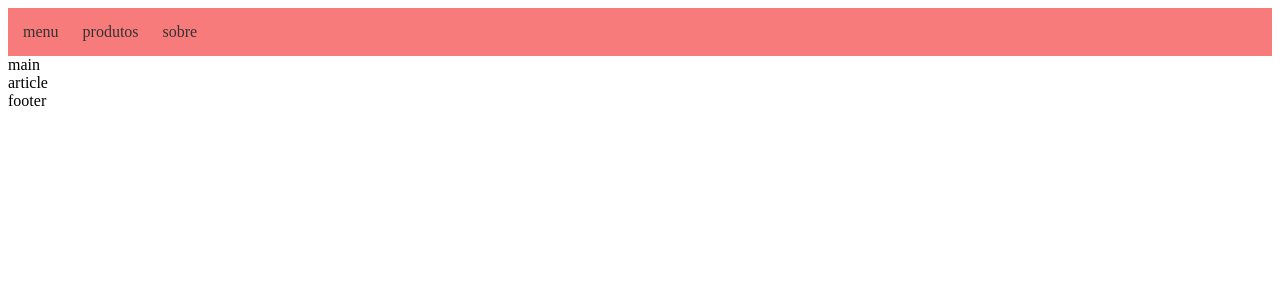
Repository: rafael-beeb/blog-not
Page: myblog/html/index.html
The author's editor kept a copy of each file at every save. The page is drawn from the files as they stood at one save, then again after the next save.
The browser window is 1280 px wide. The pictures show the whole page.

Above is the page before, as saved 2024-09-19 09:07:52.

### myblog/html/index.html
<!DOCTYPE html>
<html lang="en">
<head>
    <meta charset="UTF-8">
    <meta name="viewport" content="width=device-width, initial-scale=1.0">
    <title>Document</title>
    <link rel="stylesheet" href="../css/styles.css">
</head>
<body>
    <header>
        <nav>
            <a href="">menu</a>
            <a href="">produtos</a>
            <a href="">sobre</a>
        </nav>
    </header>
    <main>main

        <article>
            article
        </article>
    </main>

    <footer>footer</footer>
</body>
</html>

### myblog/css/styles.css
nav {
    background-color: #f87b7b; /* Example background color */
    padding: 5px; /* Add some padding */
}

nav a {
    display: inline-flex;
    text-decoration: none;
    padding: 10px 10px; /* Space around the links */
    color: #333; /* Link color */
}

nav a:hover {
    background-color: #e0e0e0; /* Change background on hover */
    border-radius: 5px; /* Rounded corners on hover */
}

After the next save:
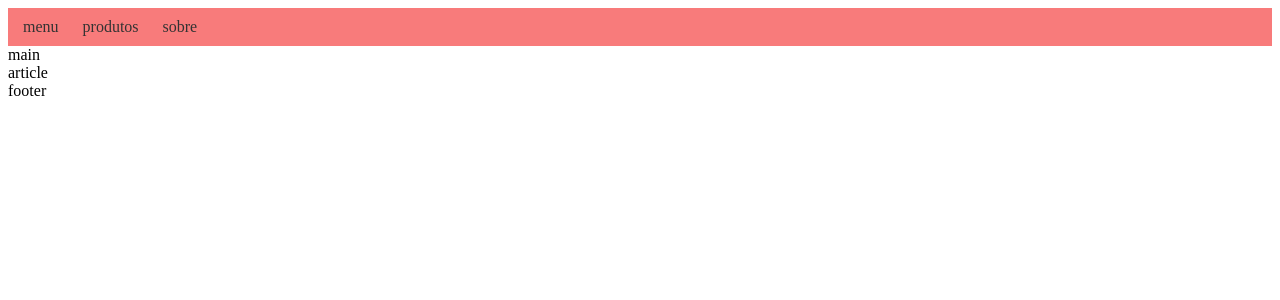
Saved 5 s later.
--- a/myblog/css/styles.css
+++ b/myblog/css/styles.css
@@ -6,7 +6,7 @@
 nav a {
     display: inline-flex;
     text-decoration: none;
-    padding: 10px 10px; /* Space around the links */
+    padding: 5px 10px; /* Space around the links */
     color: #333; /* Link color */
 }
 
